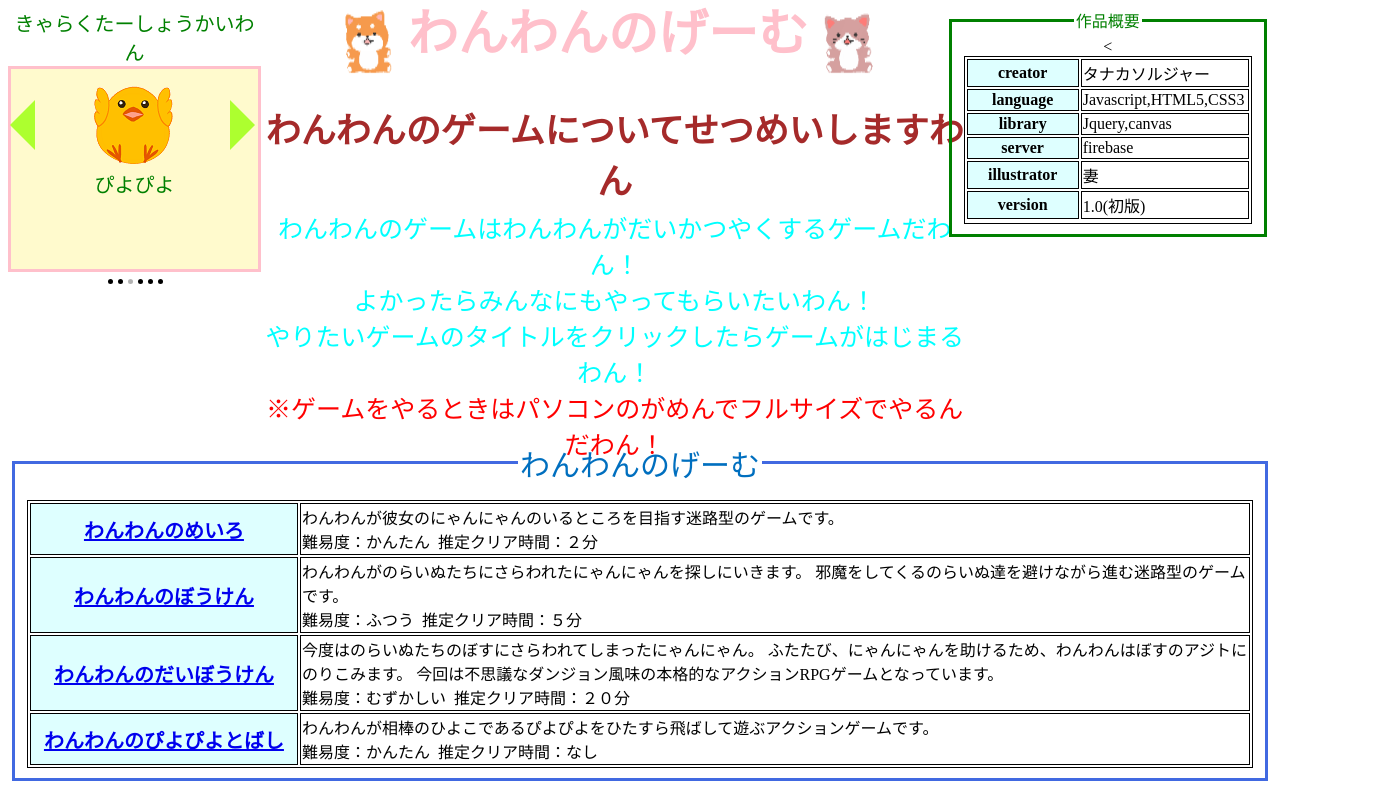
Repository: tatsuya-tanaka27/wanwannogame
Page: index.html
The author's editor kept a copy of each file at every save. The page is drawn from the files as they stood at one save, then again after a run of saves.
The browser window is 1280 px wide. The page is 1280 px wide, then 1389 px, so the pictures cover 1389 px, including what lies to the right of the window. The pictures show the whole page.
Some web fonts or font styles are not loaded; a fallback is used.

Above is the page before, as saved 2021-03-09 20:41:42.

After the next 3 saves:
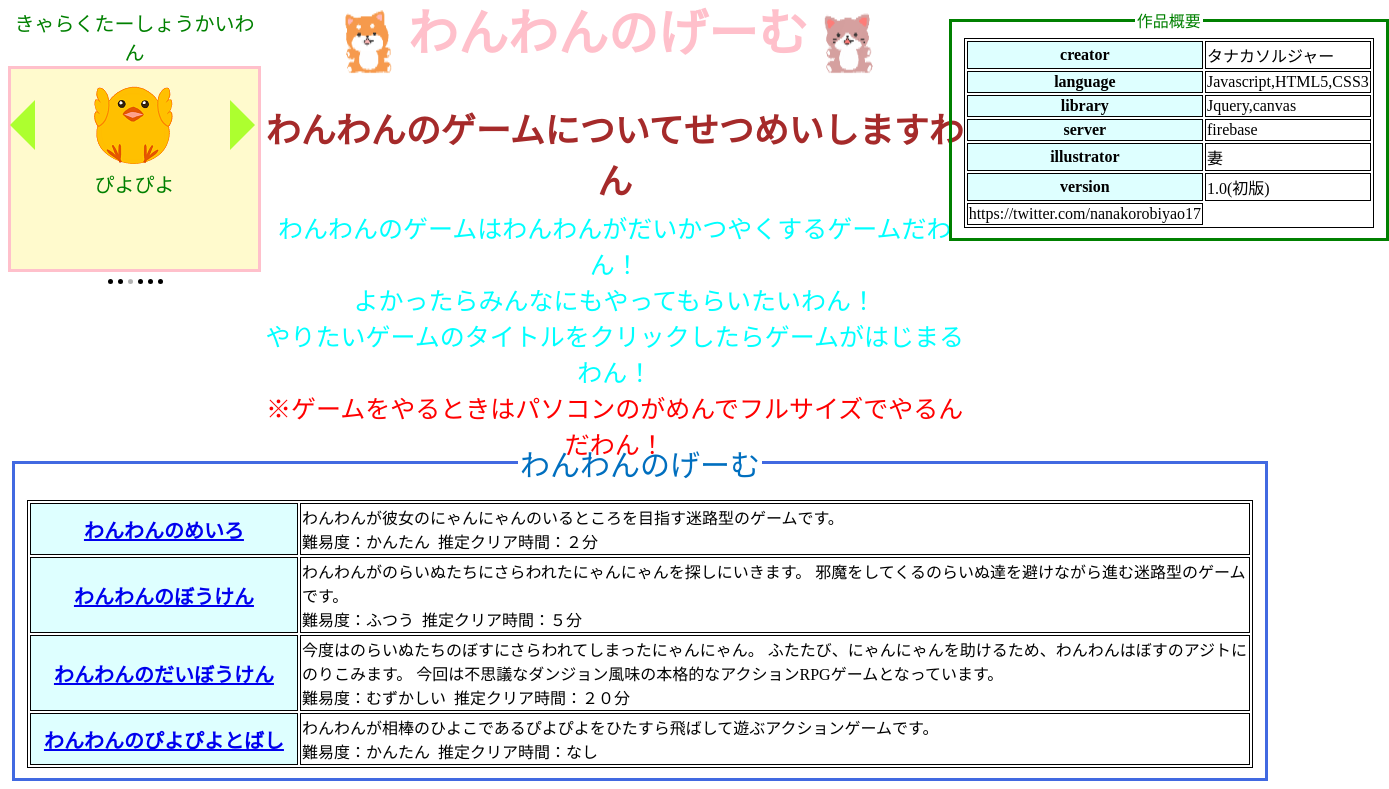
The 3 saves are shown as one change because they came seconds apart.
The last was saved 6 s later.
--- a/index.html
+++ b/index.html
@@ -133,7 +133,7 @@
 									</td>
 								</tr>
 								<tr>
-									<
+									<td>https://twitter.com/nanakorobiyao17</td>
 								</tr>
 							</table>
 						</div>
